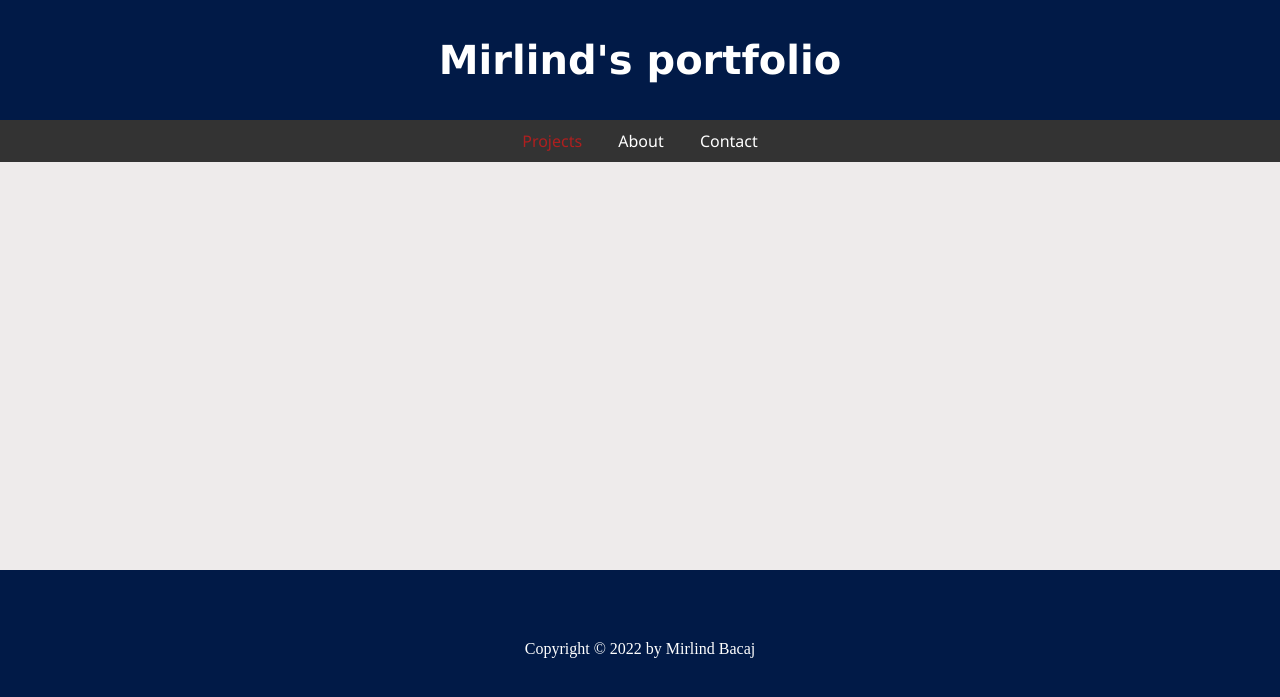
Repository: mirkbirki/mirkbirki.github.io
Page: html/about.html
These files come from the project's save history. The page is drawn as it stood at one moment and after the next save; the edit follows.
The browser window is 1280 px wide. The pictures show the whole page.

Above is the page before, as saved 2022-10-25 13:26:58.

### html/about.html
<!DOCTYPE html>
<html lang="en">
<head>
<meta charset="utf-8">
<meta name="viewport" content="width=device-width, initial-scale=1">
<title>Mirlind's projects</title>
<link rel="stylesheet" href="/css/styles.css">
</head>
<body>
<header>
    <h1><a href="index.html">Mirlind's portfolio</a></h1>
</header>
<nav>
    <ul>
        <li><a class="active" href="projects.html">Projects</a></li>
        <li><a href="#news">About</a></li>
        <li><a href="#contact">Contact</a></li>
    </ul>
</nav>

<footer>
    <div class="footer">
        <br><br><br>
        <p>Copyright © 2022 by Mirlind Bacaj</p>
    </div>
</footer>
</body>
</html>

### css/styles.css
body {
    background-color: rgba(226, 220, 220, 0.562);
    margin: 0;
}

h1 {
    font-size: 40px;
    font-family:'Lucida Sans', 'Lucida Sans Regular', 'Lucida Grande', 'Lucida Sans Unicode', Geneva, Verdana, sans-serif;
    color: white;
}

h1, a {
    text-decoration: none;
    color: white;
}

header {
    text-align: center;
    padding: 10px;
    background-color: rgb(1, 26, 71);
}

nav {
    border: none;
    border-width:1px 0;
    list-style: none;
    margin:0;
    padding:0;
    text-align: center;
    font-family: 'Segoe UI', Tahoma, Geneva, Verdana, sans-serif;
}

ul {
    list-style-type: none;
    margin: 0;
    padding: 0;
    overflow: hidden;
    background-color: #333;
  }

li {
    display: inline;
}

li a {
    display: inline-block;
    color: white;
    padding: 10px 16px;
    text-decoration: none;
}

li a:hover {
    background-color: rgb(175, 31, 31);
}

.active {
    color:rgb(175, 31, 31);
}

.active:hover {
    background-color: #333;
}

.container {
    border-top: 2px solid black;
    border-bottom: 2px solid black;
    display: flex;
    margin-top: 66px;
    padding-bottom: 25px;
}

.proj {
    margin: auto;
    width: 400px;
    word-wrap:break-word;
}

.p {
    width: 100%;
    text-align: center;
}

.project {
    font-family: Georgia, 'Times New Roman', Times, serif;
    font-size: 25px;
    text-align: center;
}

img {
    height: 300px;
    width: 400px;
    border-radius: 15px;
}

.footer {
    background-color: rgb(1, 26, 71);
    height: 150px;
    color: white;
    text-align: center;
    bottom: 0;
    position: absolute;
    width: 100%;
}

footer a{
    color: white;
    text-decoration: 0;
}

footer a:hover {
    color: rgb(206, 118, 19);
}

footer a:visited {
    color: white;
}

After the next save:
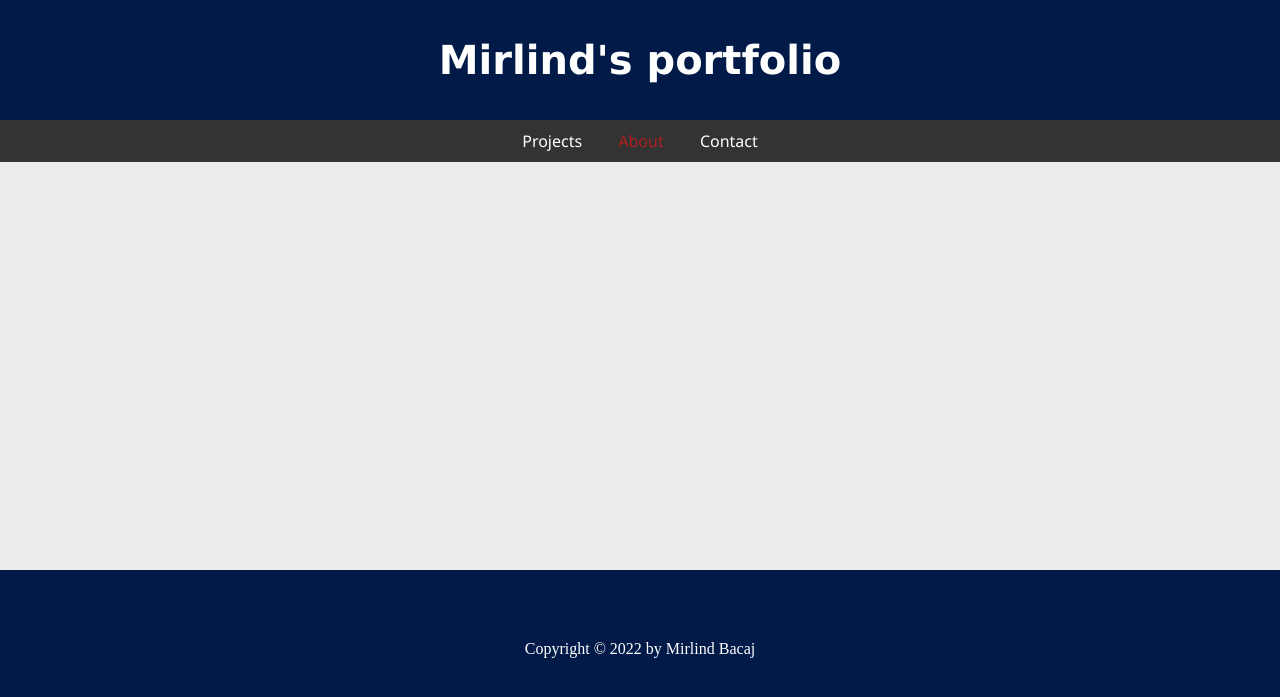
Saved 6 min 50 s later.
--- a/html/about.html
+++ b/html/about.html
@@ -3,7 +3,7 @@
 <head>
 <meta charset="utf-8">
 <meta name="viewport" content="width=device-width, initial-scale=1">
-<title>Mirlind's projects</title>
+<title>About Mirlind</title>
 <link rel="stylesheet" href="/css/styles.css">
 </head>
 <body>
@@ -12,9 +12,9 @@
 </header>
 <nav>
     <ul>
-        <li><a class="active" href="projects.html">Projects</a></li>
-        <li><a href="#news">About</a></li>
-        <li><a href="#contact">Contact</a></li>
+        <li><a href="projects.html">Projects</a></li>
+        <li><a class="active" href="about.html">About</a></li>
+        <li><a href="contact.html">Contact</a></li>
     </ul>
 </nav>
 
